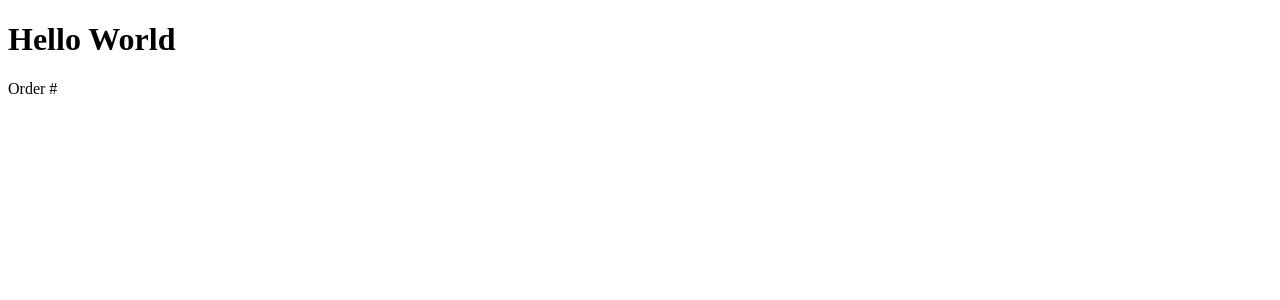
Repository: pmbyrd/rgp-catering
Page: index.html
An editor plug-in stored every save of this project. The page is shown before and after the next save, followed by the edit.
The browser window is 1280 px wide. The pictures show the whole page.

Above is the page before, as saved 2023-12-04 17:02:58.

### index.html
<!DOCTYPE html>
<html lang="en">
<head>
    <meta charset="UTF-8">
    <meta name="viewport" content="width=device-width, initial-scale=1.0">
    <title>Document</title>
</head>
<body>
    <h1>Hello World</h1>
    <form action="">
        <label for="order-id">Order #</label>

    </form>
    <script src="index.js"></script>
</body>
</html>

Loaded but not shown: index.js (no stored copy; drawn as an empty file)

After the next save:
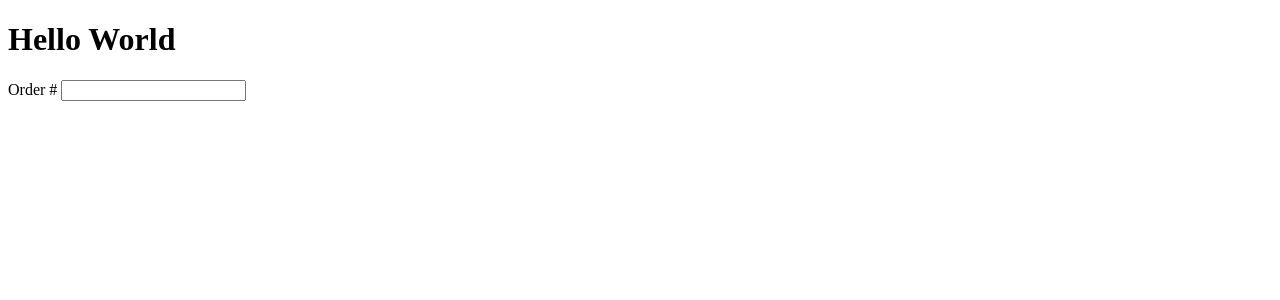
Saved 6 s later.
--- a/index.html
+++ b/index.html
@@ -9,7 +9,7 @@
     <h1>Hello World</h1>
     <form action="">
         <label for="order-id">Order #</label>
-
+        <input type="text" id="order-id">
     </form>
     <script src="index.js"></script>
 </body>
